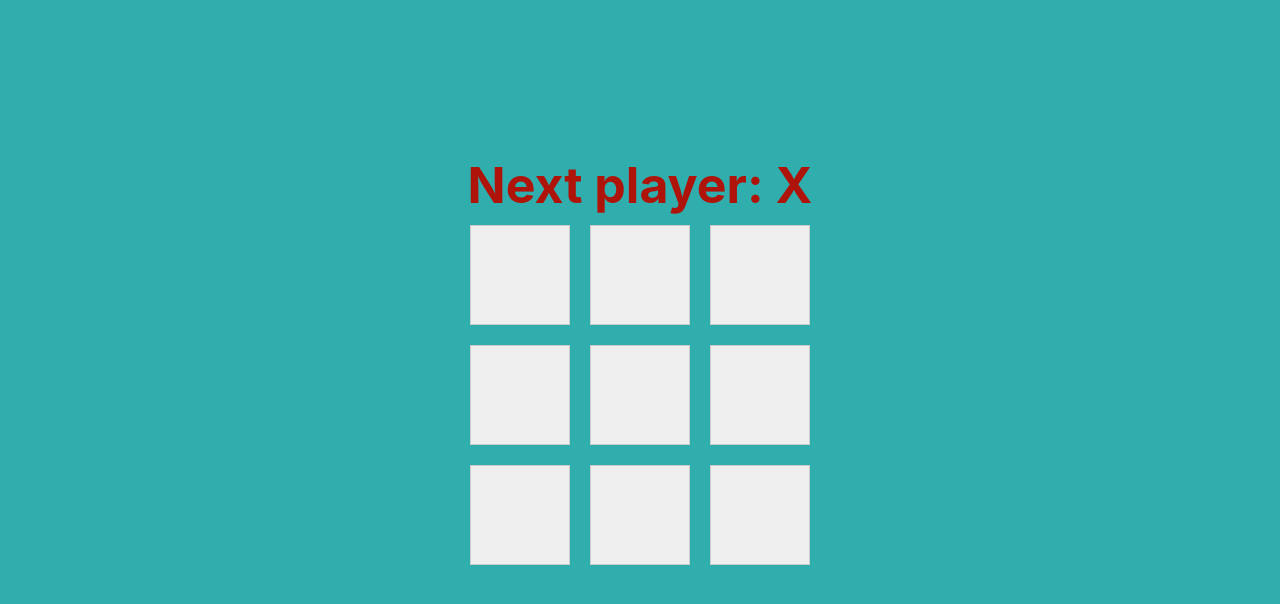
Repository: sedat-akdogan/React_Revision
Page: / (app in tic-tac-toe/)
The author's editor kept a copy of each file at every save. The page is drawn from the files as they stood at one save, then again after the next save.
The browser window is 1280 px wide. The pictures show the whole page.
The project was rebuilt for these pictures with package versions that can differ from the ones it lists, and the page was loaded fresh each time.

Above is the page before, as saved 2023-05-13 00:55:40.

After the next save:
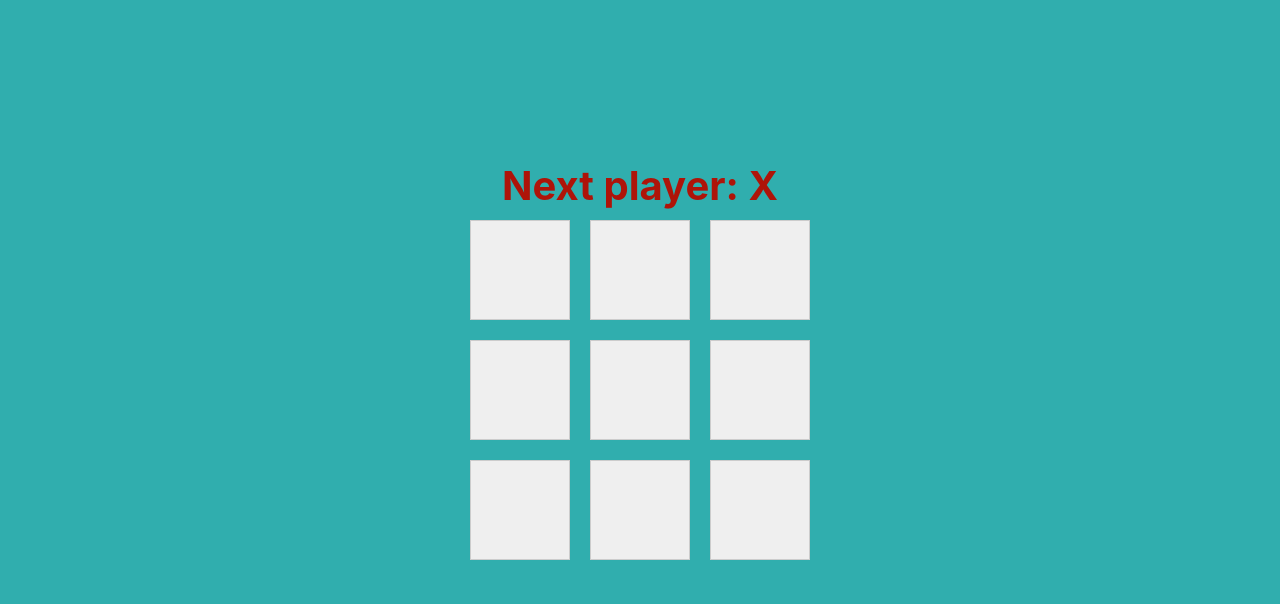
Saved 14 s later.
--- a/tic-tac-toe/src/index.css
+++ b/tic-tac-toe/src/index.css
@@ -46,6 +46,6 @@ code {
 
 .status {
     color: rgb(174, 20, 9);
-    font-size: 50px;
+    font-size: 40px;
     font-weight: bold;
 }
